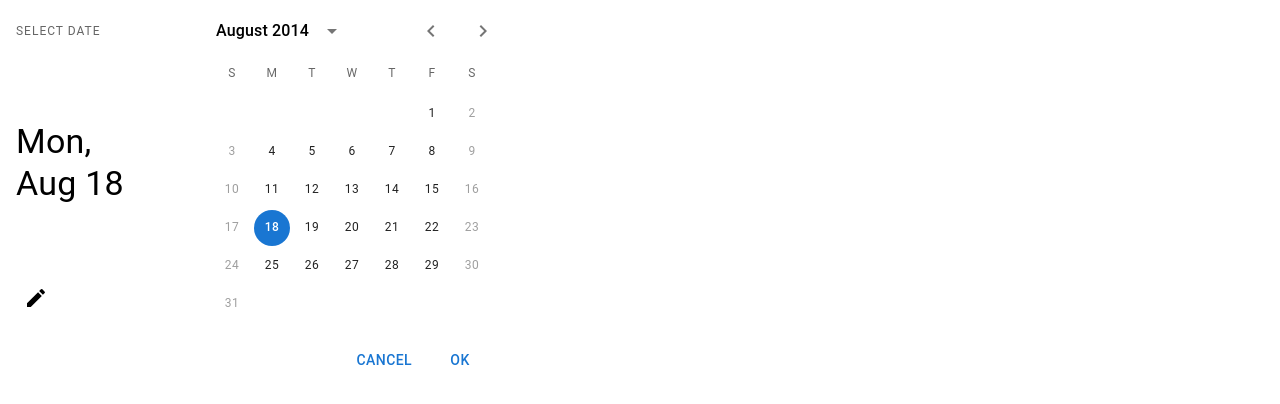
Repository: lplsz/Visionaries
Page: /expert_ava (app in frontend/)
An editor plug-in stored every save of this project. The page is shown before and after the next save, followed by the edit.
The browser window is 1280 px wide. The pictures show the whole page.
The project was rebuilt for these pictures with package versions that can differ from the ones it lists, and the page was loaded fresh each time. Also part of the build but not shown: frontend/src/Main.jsx, frontend/src/component/HomeCard.jsx, frontend/src/component/StudentHeader.jsx, frontend/src/component/QACard.jsx, frontend/src/page/StudentMain.jsx, frontend/src/component/ExpertHeader.jsx, frontend/src/page/ExpertMain.jsx, frontend/src/page/StudentLogin.jsx and 4 more.

Above is the page before, as saved 2022-06-29 23:30:19.

### frontend/src/App.jsx
import React from 'react';
import {
  BrowserRouter,
  Routes,
  Route
} from 'react-router-dom';

import HomePage from './page/HomePage.jsx';
import StudentMain from './page/StudentMain';
import ExpertMain from './page/ExpertMain';
import StudentProfile from './page/StudentProfile';
import ExpertProfile from './page/ExpertProfile';
import StudentLogin from './page/StudentLogin';
import ExpertLogin from './page/ExpertLogin.jsx';
import StudentRegister from './page/StudentRegister.jsx';
import ExpertRegister from './page/ExpertRegister.jsx';
import StudentQAList from './page/StudentQAList.jsx';
import QACategory from './page/QACategory'
import ExpertAva from './page/ExpertAva.jsx';

function App() {
  return (
    <BrowserRouter>
      <Routes>
        <Route path="/" element={<HomePage />} />
        <Route path="/student_register" element={<StudentRegister />} />
        <Route path="/student_login" element={<StudentLogin />} />
        <Route path="/contributor_register" element={<ExpertRegister />} />
        <Route path="/contributor_login" element={<ExpertLogin />} />
        <Route path="/student_main" element={<StudentMain />} />
        <Route path="/expert_main" element={<ExpertMain />} />
        <Route path="/student_profile" element={<StudentProfile />} />
        <Route path="/expert_profile" element={<ExpertProfile />} />
        <Route path="/student_QA_list" element={<StudentQAList />} />
        <Route path="/QACategory" element={<QACategory />} />
        <Route path="/expert_ava" element={<ExpertAva />} />

      </Routes>
    </BrowserRouter>
  );
}

export default App;

### frontend/src/page/HomePage.jsx
/* eslint-disable no-unused-vars */
import React from 'react';
import CssBaseline from '@mui/material/CssBaseline';
import Grid from '@mui/material/Grid';
import Typography from '@mui/material/Typography';
import GlobalStyles from '@mui/material/GlobalStyles';
import Container from '@mui/material/Container';
import { useNavigate } from 'react-router-dom';
import { Copyright } from '../Main';
import HomeCard from '../component/HomeCard';
import LoginIcon from '@mui/icons-material/Login';
import AssignmentIndIcon from '@mui/icons-material/AssignmentInd';
import background from './img/background.jpg'

const tiers = [
  {
    icon: <LoginIcon fontSize="large" color="success"/>,
    title: 'Student',
    buttonText1: 'Sign up your account',
    buttonText2: 'Register for free',
    buttonVariant: 'outlined',
    navigator1: '/student_login',
    navigator2: '/student_register'
  },
  {
    icon: <AssignmentIndIcon fontSize="large" color="secondary"/>,
    title: 'Expert',
    buttonText1: 'Sign up your account',
    buttonText2: 'Register for free',
    buttonVariant: 'outlined',
    navigator1: '/Expert_login',
    navigator2: '/Expert_register'
  },
];

function HomePage () {
  const navigate = useNavigate();
  return (
    <div style = {{backgroundImage: `url(${background})`, backgroundSize: '100% 100%'}}>
      <GlobalStyles styles={{ ul: { margin: 0, padding: 0, listStyle: 'none' } }} />
      <CssBaseline />
      <Container disableGutters maxWidth="sm" component="main" sx={{ pt: 8, pb: 6 }}>
        <Typography
          component="h1"
          variant="h1"
          align="center"
          color="white"
          gutterBottom
        >
          Welcome to Visionaries!
        </Typography>
      </Container>
      <Container maxWidth="md" component="main">
        <Grid container spacing={5} alignItems="flex-end">
          {tiers.map((tier, index) => <HomeCard key={index} tier={tier} navigate={navigate} />)}
        </Grid>
      </Container>

      <Container
        maxWidth="md"
        component="footer"
        sx={{
          mt: 8,
          py: [3, 6],
        }}
      >
      </Container>
    </div>
  );
}

export default HomePage;

### frontend/src/page/StudentProfile.jsx
const StudentProfile = () => {

}
export default StudentProfile;

### frontend/src/page/ExpertProfile.jsx
const ExpertProfile = () => {

}
export default ExpertProfile;

### frontend/src/page/StudentQAList.jsx
const StudentQAList = () => {

}
export default StudentQAList;

### frontend/src/page/ExpertAva.jsx
import * as React from 'react';
import isWeekend from 'date-fns/isWeekend';
import TextField from '@mui/material/TextField';
import { AdapterDateFns } from '@mui/x-date-pickers/AdapterDateFns';
import { LocalizationProvider } from '@mui/x-date-pickers/LocalizationProvider';
import { StaticDatePicker } from '@mui/x-date-pickers/StaticDatePicker';

const ExpertAva = () => {
  const [value, setValue] = React.useState(new Date('2014-08-18T21:11:54'));
  const handleChangeTime = (newValue) => {
    setValue(newValue);
  };
  return (
    <div style={{ width: '500px' }}>
      <LocalizationProvider dateAdapter={AdapterDateFns}>
        <StaticDatePicker
          orientation="landscape"
          openTo="day"
          value={value}
          shouldDisableDate={isWeekend}
          onChange={(newValue) => {
            handleChangeTime(newValue);
          }}
          renderInput={(params) => <TextField {...params} />}
        />
      </LocalizationProvider>
    </div>

  )

}
export default ExpertAva;

Loaded but not shown: frontend/public/index.html (common file); frontend/src/index.jsx (common file); frontend/src/index.css (common file)

After the next save:
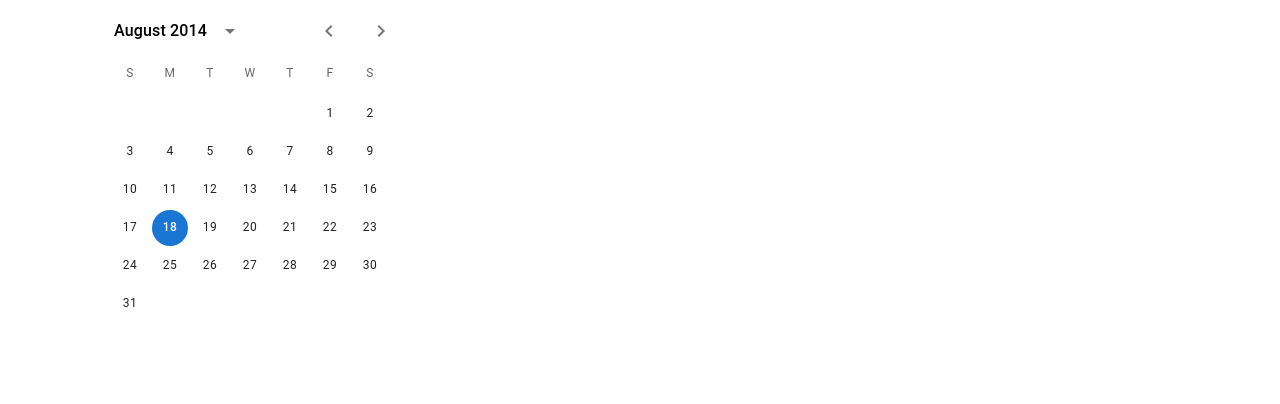
Saved 115 s later.
--- a/frontend/src/page/ExpertAva.jsx
+++ b/frontend/src/page/ExpertAva.jsx
@@ -3,7 +3,7 @@
 import TextField from '@mui/material/TextField';
 import { AdapterDateFns } from '@mui/x-date-pickers/AdapterDateFns';
 import { LocalizationProvider } from '@mui/x-date-pickers/LocalizationProvider';
-import { StaticDatePicker } from '@mui/x-date-pickers/StaticDatePicker';
+import { CalendarPicker } from '@mui/x-date-pickers/CalendarPicker';
 
 const ExpertAva = () => {
   const [value, setValue] = React.useState(new Date('2014-08-18T21:11:54'));
@@ -13,16 +13,7 @@
   return (
     <div style={{ width: '500px' }}>
       <LocalizationProvider dateAdapter={AdapterDateFns}>
-        <StaticDatePicker
-          orientation="landscape"
-          openTo="day"
-          value={value}
-          shouldDisableDate={isWeekend}
-          onChange={(newValue) => {
-            handleChangeTime(newValue);
-          }}
-          renderInput={(params) => <TextField {...params} />}
-        />
+        <CalendarPicker date={value} onChange={(newDate) => handleChangeTime(newDate)} />
       </LocalizationProvider>
     </div>
 
